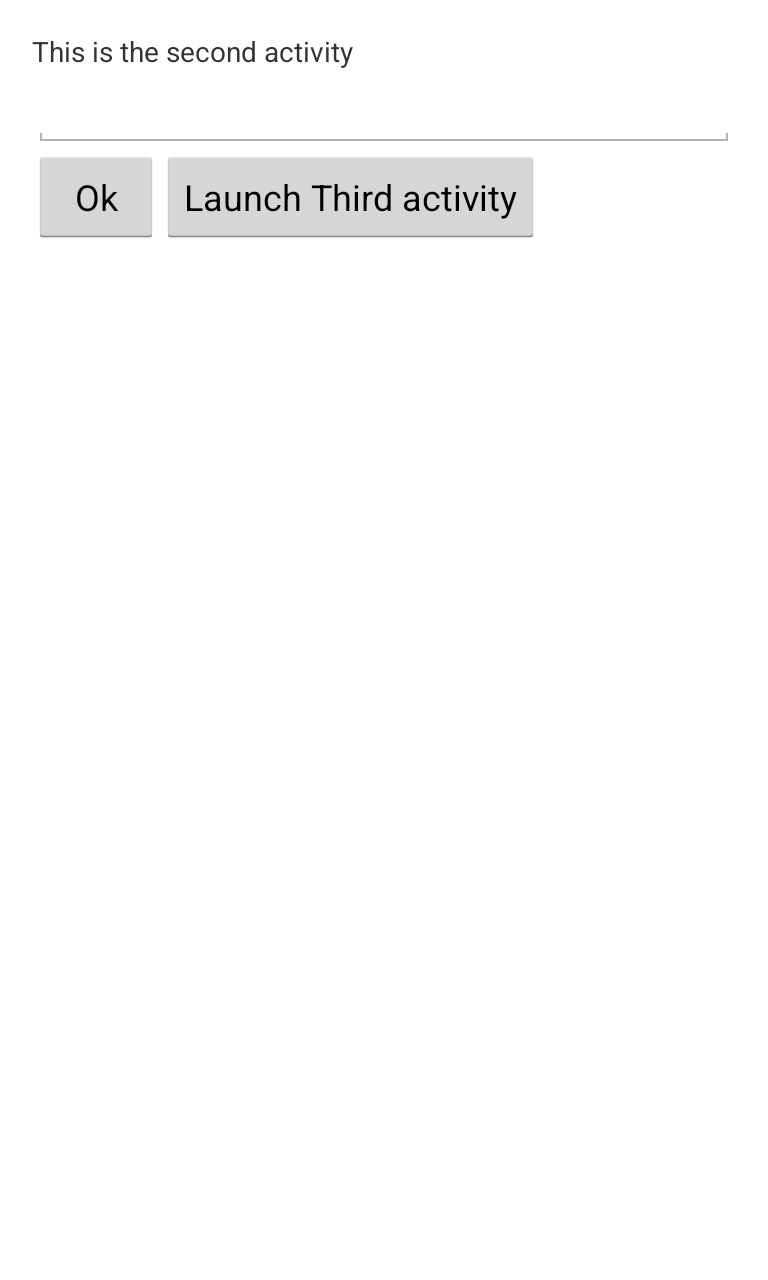
Repository: ericMedeiros93/Android-Dev
Layout: week5_intnet/res/layout/activity_main.xml
These files come from the project's save history. The layout is drawn as it stood at one moment and after the next save; the edit follows.
It is drawn on a 768 x 1280 px phone screen (xhdpi) without system bars, with theme AppTheme; the app's code is not run.

Above is the layout before, as saved 2014-10-01 17:04:49.

After the next save:
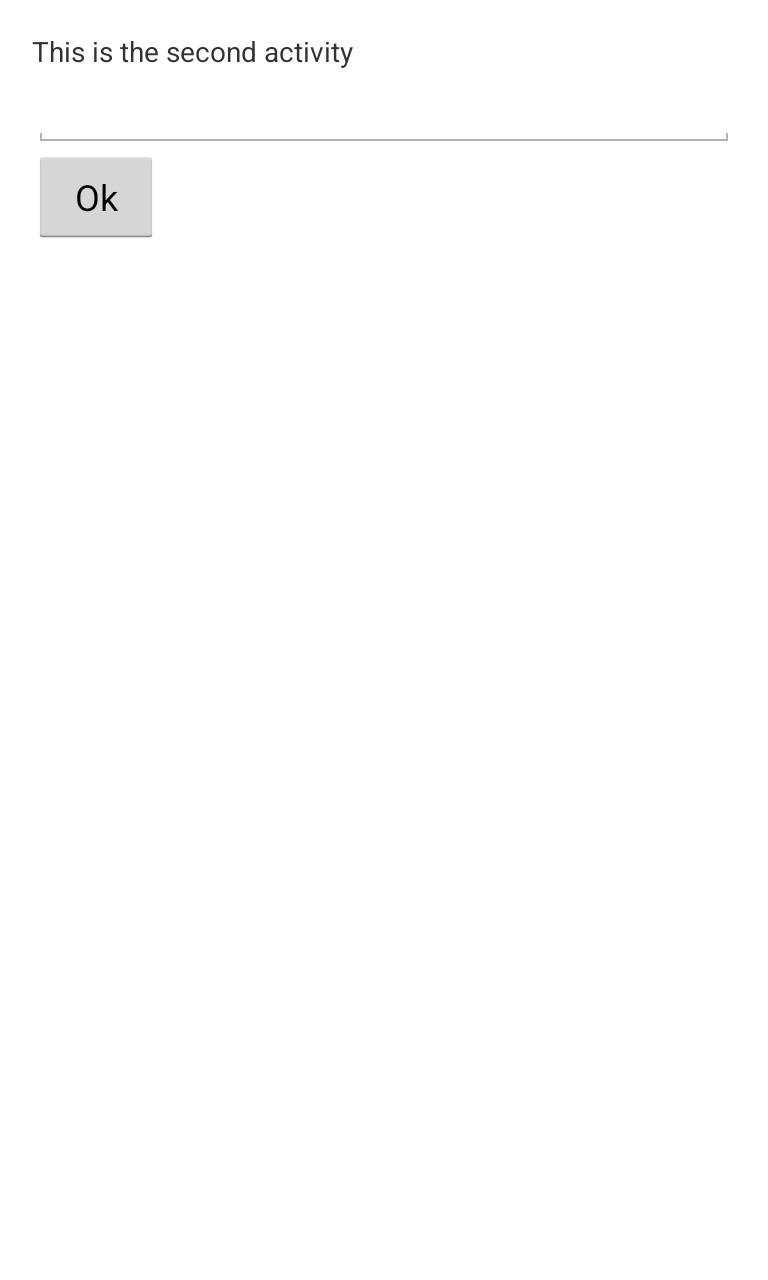
Saved 68 s later.
--- a/week5_intnet/res/layout/activity_main.xml
+++ b/week5_intnet/res/layout/activity_main.xml
@@ -20,7 +20,6 @@
         android:layout_width="match_parent"
         android:layout_height="wrap_content"
         />
-    <LinearLayout
 
         android:layout_width="wrap_content"
         android:layout_height="wrap_content"
@@ -32,12 +31,4 @@
         android:onClick="closeSelf"
         android:text="Ok"/>
 
-     <Button
-        android:id="@+id/btnThird"
-        android:layout_width="wrap_content"
-        android:layout_height="wrap_content"
-        android:onClick="thirdActivity"
-        android:text="Launch Third activity"/>
-     </LinearLayout>
-
 </LinearLayout>
